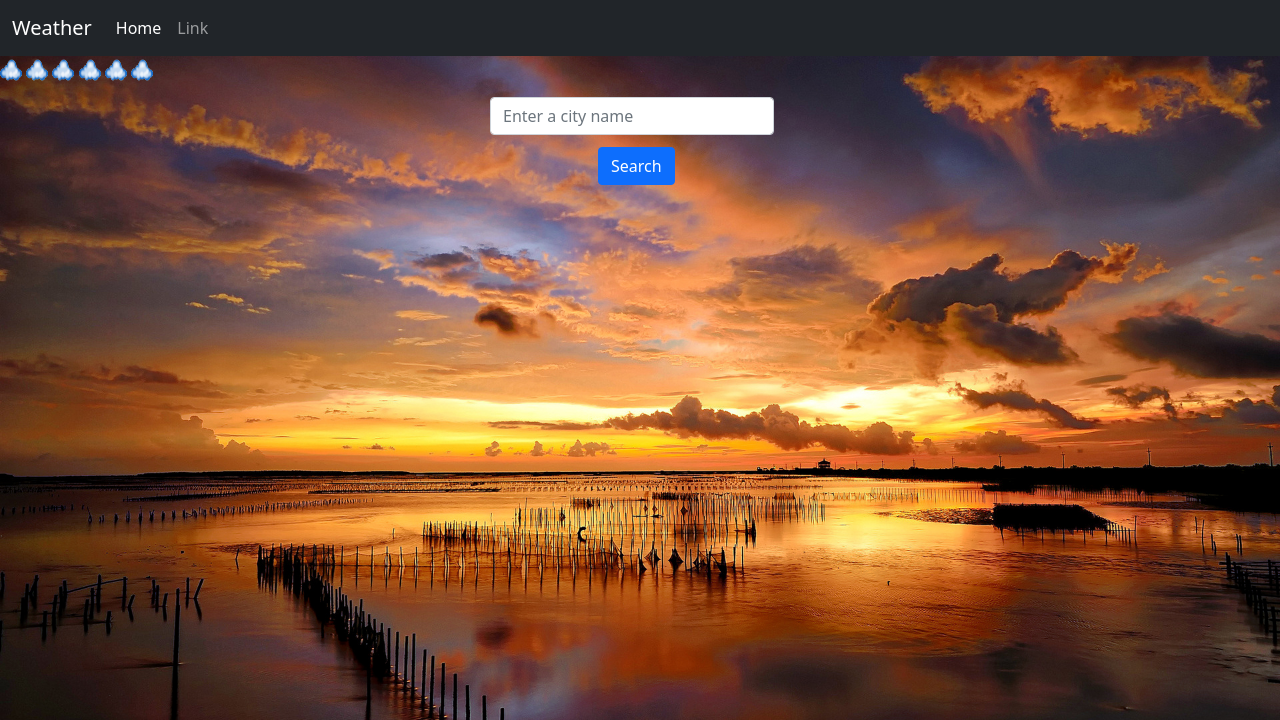
Repository: rohitbharti258/Project_Weather_finder
Page: index.html
These files come from the project's save history. The page is drawn as it stood at one moment and after the next save; the edit follows.
The browser window is 1280 px wide. The pictures show the whole page.

Above is the page before, as saved 2022-02-28 12:53:13.

After the next save:
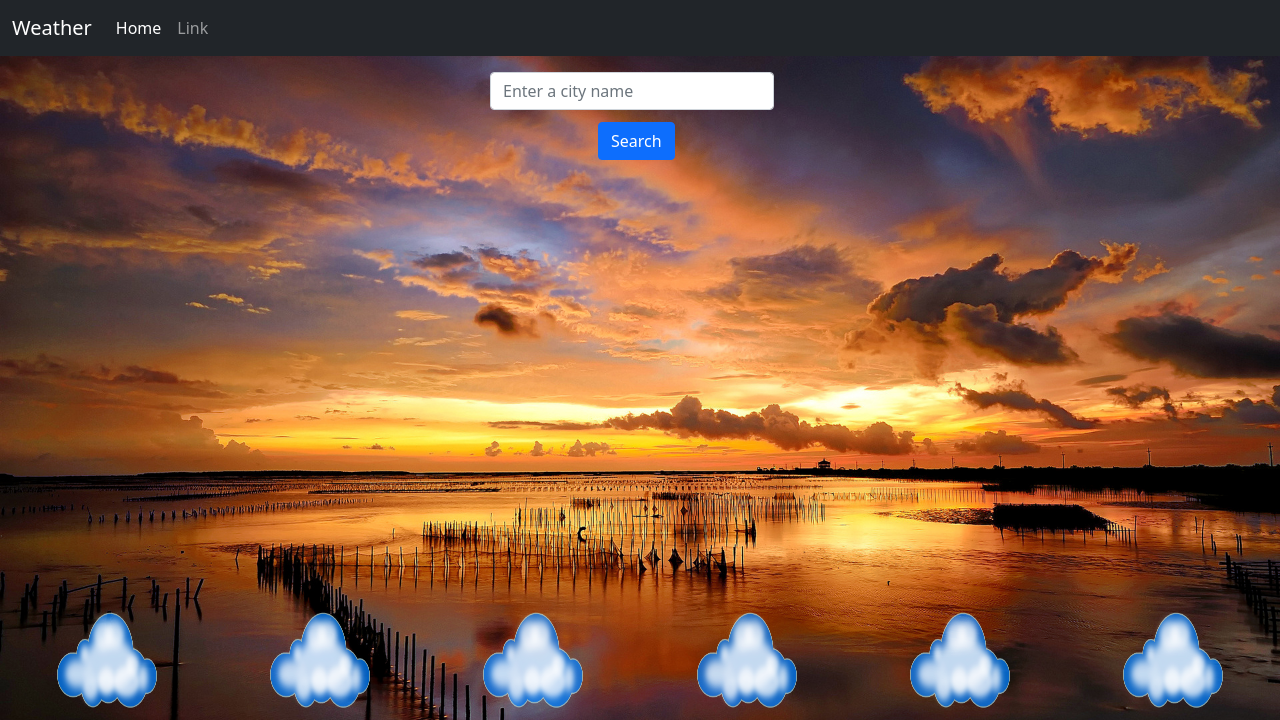
Saved 86 s later.
--- a/style.css
+++ b/style.css
@@ -12,7 +12,18 @@ body {
     width: 300px;
     margin: 0 auto;
 }
-
+.cloud{
+    display: flex;
+    justify-content: space-around;
+    align-items: center;
+    position: absolute;
+    bottom:10px;
+    min-width:100%;
+}
+.cloud img{
+    width:100px;
+    height:100px;
+}
 .weatherBox {
     margin-left: 120px;
     width: 235px;
